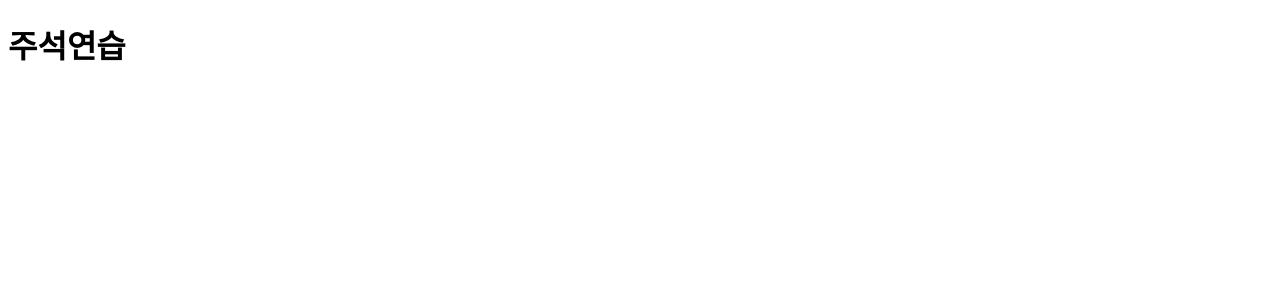
Repository: qwer1227/Jsp_study
Page: http://localhost/app/sample3.jsp
These files come from the project's save history. The page is drawn as it stood at one moment and after the next save; the edit follows.
The browser window is 1280 px wide. The pictures show the whole page.
The page is served by Tomcat 9.

Above is the page before, as saved 2024-08-05 07:36:59.

### app/src/main/webapp/sample3.jsp
<%@ page language="java" contentType="text/html; charset=EUC-KR"
    pageEncoding="EUC-KR"%>
<!DOCTYPE html>
<html>
<head>
<meta charset="EUC-KR">
<title>Insert title here</title>
</head>
<body>
<h1>주석연습</h1>

<!--
	html 주석
 -->

 <%--
 	jsp 주석
 	이 주석에 포함된 내용은 JAVA코드 생성할 때 제외
 --%>
</body>
</html>

After the next save:
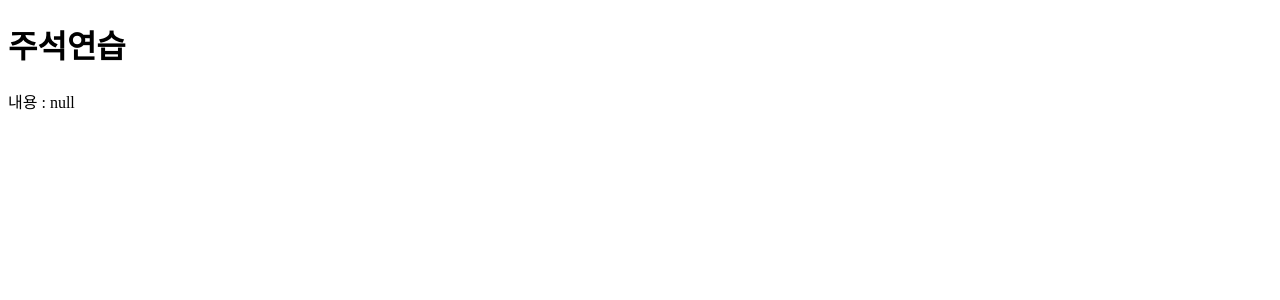
Saved 71 min 3 s later.
--- a/app/src/main/webapp/sample3.jsp
+++ b/app/src/main/webapp/sample3.jsp
@@ -9,6 +9,11 @@
 <body>
 <h1>주석연습</h1>
 
+<%
+	String text = null;
+%>
+<p>내용 : <%= text %></p>
+
 <!--
 	html 주석
  -->
